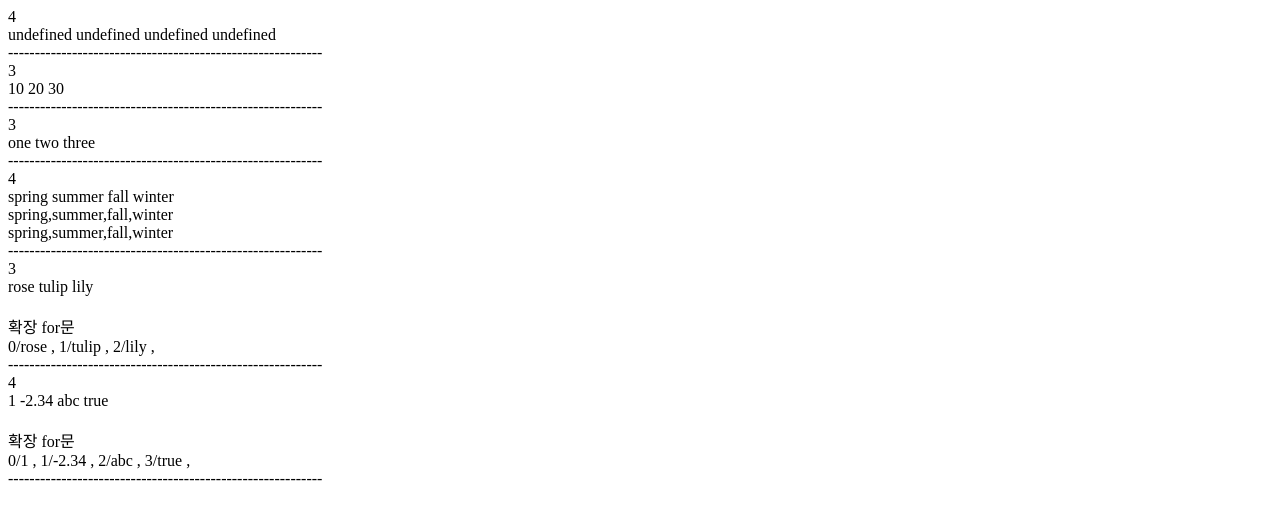
Repository: song-bean/Web_song
Page: 03_JavaScript/src/main/webapp/02_내장객체/Ex01_array.html
These files come from the project's save history. The page is drawn as it stood at one moment and after the next save; the edit follows.
The browser window is 1280 px wide. The pictures show the whole page.

Above is the page before, as saved 2023-02-27 05:26:46.

### 03_JavaScript/src/main/webapp/02_내장객체/Ex01_array.html
<!DOCTYPE html>
<html>
<head>
<meta charset="UTF-8">
<title>Ex01</title>
<script type="text/javascript">

	/* 자바 배열
	int [] arr1 = {10,20,30};
	int [] arr2 = new int[] {10,20,30};
	int[] arr3 = new int[3];
	arr3[0] = 10;
	arr3[1] = 20;
	arr[2] = 30;
	//같은 자료형을 가지는 집합 = 배열
	*/

	var a = Array(4); //내장 객체, 하나만 쓰면 방의 수
	document.write(a.length + "<br>");

	for(i=0;i<a.length;i++) {
		document.write(a[i] + " ");
	}
	document.write("<br>");
	document.write("-----------------------------------------------------------");
	document.write("<br>");

	var b = new Array(10,20,30); //2개 이상 쓰면 방에 들어갈 값이 됨
	document.write(b.length + "<br>");

	for(i=0;i<b.length;i++) {
		document.write(b[i] + " ");
	}
	document.write("<br>");
	document.write("-----------------------------------------------------------");
	document.write("<br>");

	var c = Array('one', 'two','three');
	document.write(c.length + "<br>");

	for(i=0;i<c.length;i++) {
		document.write(c[i] + " ");
	}
	document.write("<br>");
	document.write("-----------------------------------------------------------");
	document.write("<br>");

	var d = Array();
	d[0] = 'spring';
	d[1] = 'summer';
	d[2] = 'fall';
	d[3] = 'winter';
	document.write(d.length + "<br>");

	for(i=0;i<d.length;i++) {
		document.write(d[i] + " ");
	}
	document.write("<br>");
	document.write(d); //spring,summer,fall,winter
	document.write("<br>");
	document.write(d.toString()); //spring,summer,fall,winter
	document.write("<br>");
	document.write("-----------------------------------------------------------");
	document.write("<br>");

	var e = ['rose', 'tulip', 'lily']
	document.write(e.length + "<br>");

	for(i=0;i<e.length;i++) {
		document.write(e[i] + " ");
	}
	document.write("<br>");
	document.write("<br> 확장 for문 <br>");

	for( x in e ) {
		document.write( x + "/" + e[x] + " , "); // x만 쓰면 방번호가 나옴
	}

	document.write("<br>");
	document.write("-----------------------------------------------------------");
	document.write("<br>");

	var f = [1, -2.34, "abc", true]; // 자바스크립트는 자료형이 달라도 배열이 가능
	document.write(f.length + "<br>");

	for(i=0;i<f.length;i++) {
		document.write(f[i] + " ");
	}
	document.write("<br>");
	document.write("<br> 확장 for문 <br>");

	for( x in f ) {
		document.write( x + "/" + f[x] + " , ");
	}

	document.write("<br>");
	document.write("-----------------------------------------------------------");
	document.write("<br>");
</script>
</head>
<body>

</body>
</html>

After the next save:
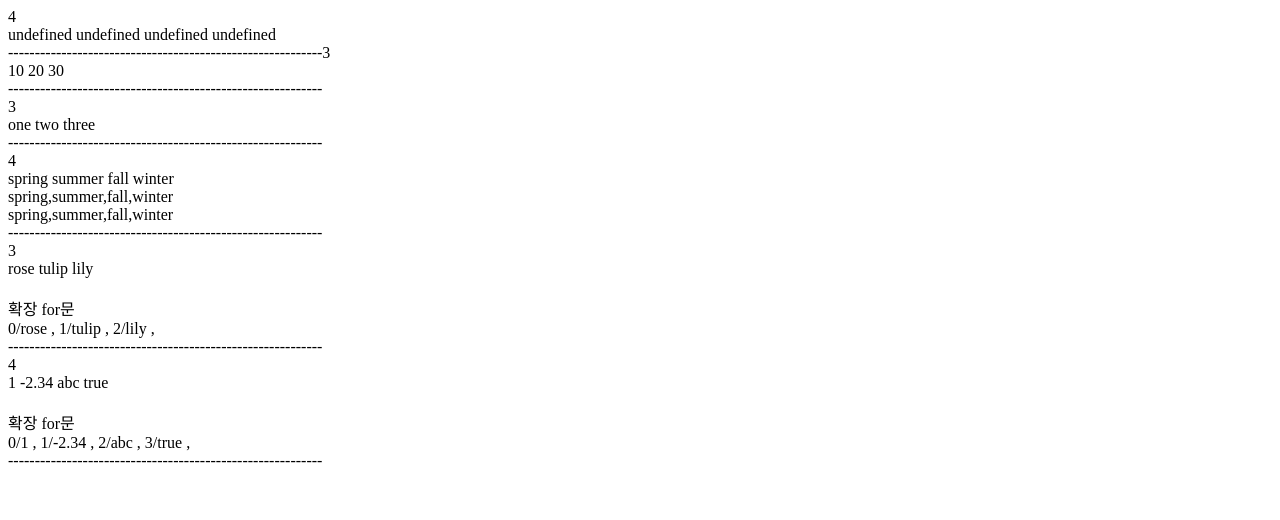
Saved 19 s later.
--- a/03_JavaScript/src/main/webapp/02_내장객체/Ex01_array.html
+++ b/03_JavaScript/src/main/webapp/02_내장객체/Ex01_array.html
@@ -23,7 +23,6 @@
 	}
 	document.write("<br>");
 	document.write("-----------------------------------------------------------");
-	document.write("<br>");
 
 	var b = new Array(10,20,30); //2개 이상 쓰면 방에 들어갈 값이 됨
 	document.write(b.length + "<br>");

After the save that followed:
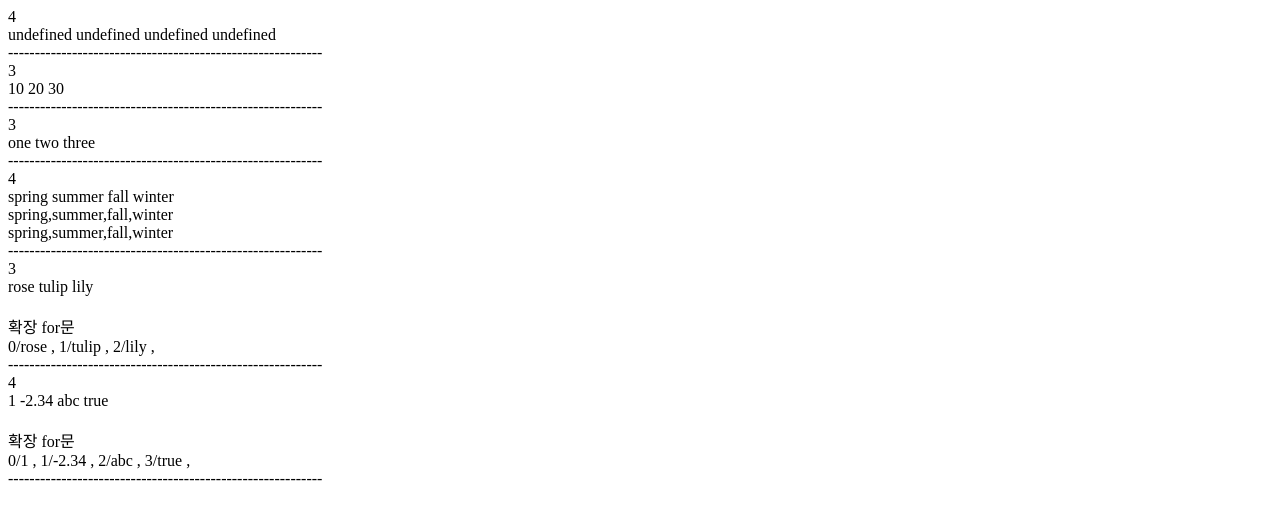
Saved 6 s later.
--- a/03_JavaScript/src/main/webapp/02_내장객체/Ex01_array.html
+++ b/03_JavaScript/src/main/webapp/02_내장객체/Ex01_array.html
@@ -22,7 +22,7 @@
 		document.write(a[i] + " ");
 	}
 	document.write("<br>");
-	document.write("-----------------------------------------------------------");
+	document.write("-----------------------------------------------------------<br>");
 
 	var b = new Array(10,20,30); //2개 이상 쓰면 방에 들어갈 값이 됨
 	document.write(b.length + "<br>");
